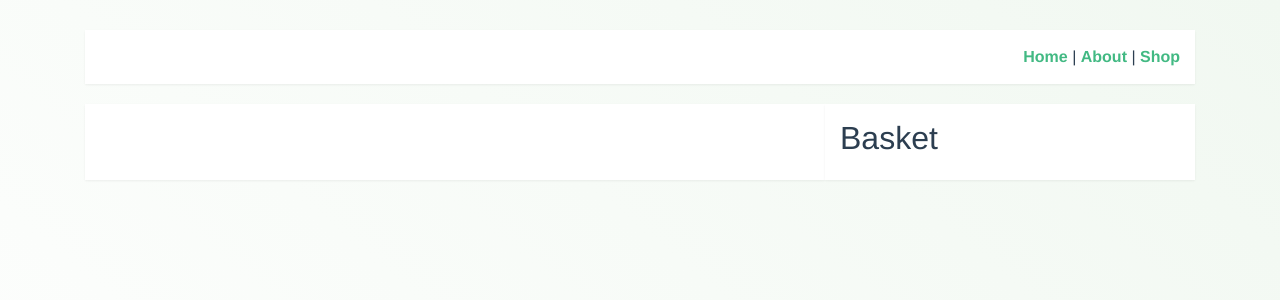
Repository: ramcd86/vuetest
Page: /#/shop
These files come from the project's save history. The page is drawn as it stood at one moment and after the next save; the edit follows.
The browser window is 1280 px wide. The pictures show the whole page.
Some web libraries are served in a nearby version. The project was rebuilt for these pictures with package versions that can differ from the ones it lists, and the page was loaded fresh each time. Requests to the local data server were answered from the project's data file. Also part of the build but not shown: src/components/HelloWorld.vue, src/views/Home.vue.

Above is the page before, as saved 2019-07-08 14:42:12.

After the next save:
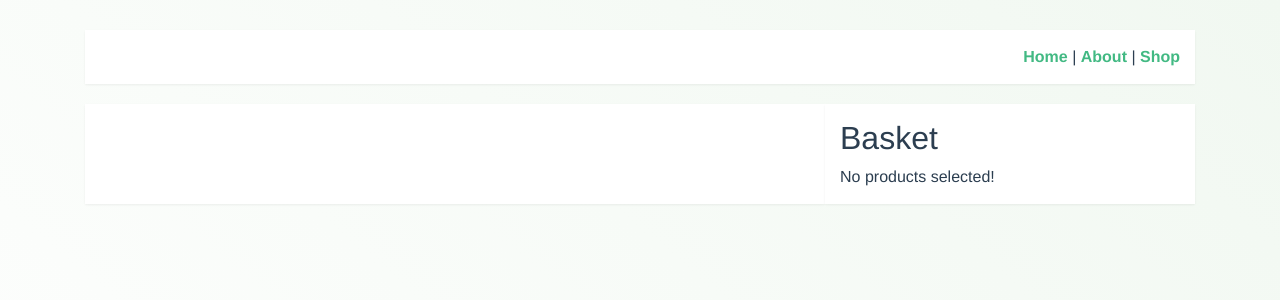
Saved 54 s later.
--- a/src/components/CheckoutStageOne.vue
+++ b/src/components/CheckoutStageOne.vue
@@ -2,6 +2,9 @@
     <div class="row">
         <div class="col-12">
             <h2>Basket</h2>
+        </div>
+        <div v-if="!selectedProducts" class="col-12">
+            <span class="checkout-item">No products selected!</span>
         </div>
         <div v-if="selectedProducts" class="col-12">
             <span class="checkout-item">{{selectedProducts.name}}</span>
@@ -10,6 +13,7 @@
             <span class="checkout-item">{{selectedProducts.price}}</span>
             <span class="checkout-item">{{selectedProducts.quantity}}</span>
         </div>
+
     </div>
 </template>
 
